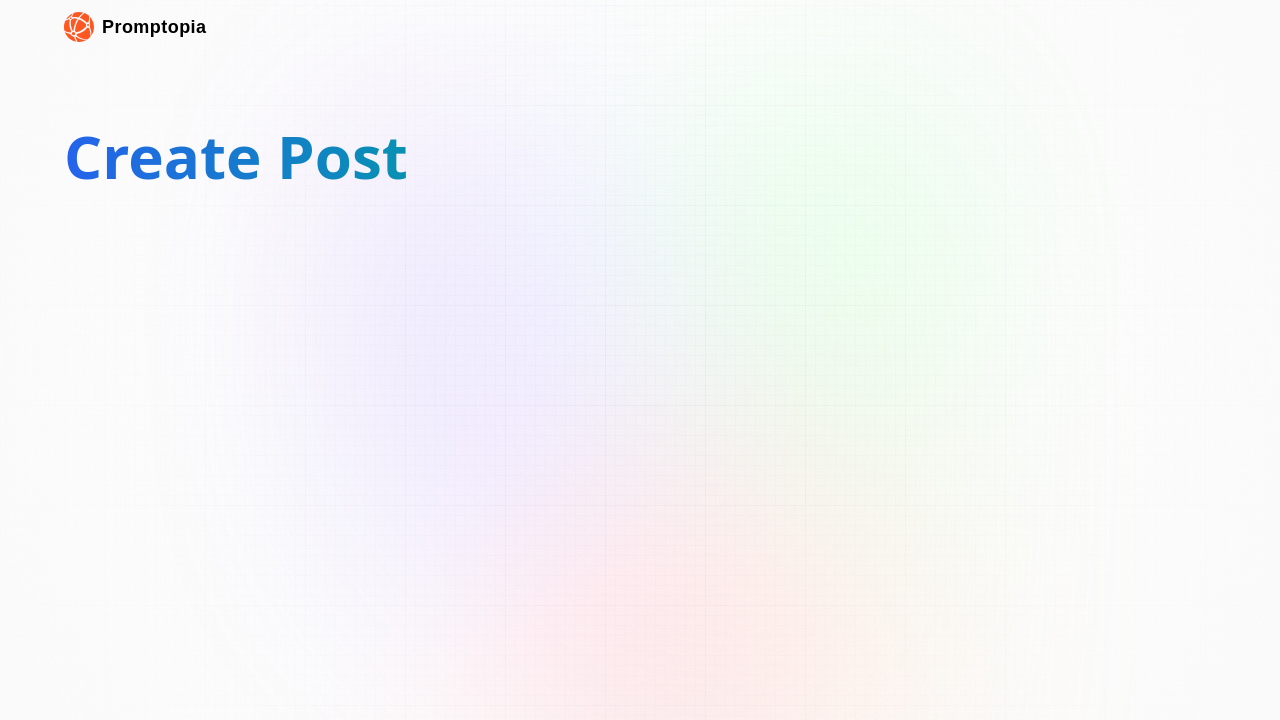
Repository: elia-orlandi/project_promptopia
Page: /create-prompt
An editor plug-in stored every save of this project. The page is shown before and after the next save, followed by the edit.
The browser window is 1280 px wide. The pictures show the whole page.
The page's requests for data from a server got no answer. The project was rebuilt for these pictures with package versions that can differ from the ones it lists, and the page was loaded fresh each time. The framework's server and built-in components were replaced by stand-ins that run in the browser. No one was signed in, and anything a server would have sent is missing. Also part of the build but not shown: next.config.mjs.

Above is the page before, as saved 2024-01-30 00:20:05.

After the next save:
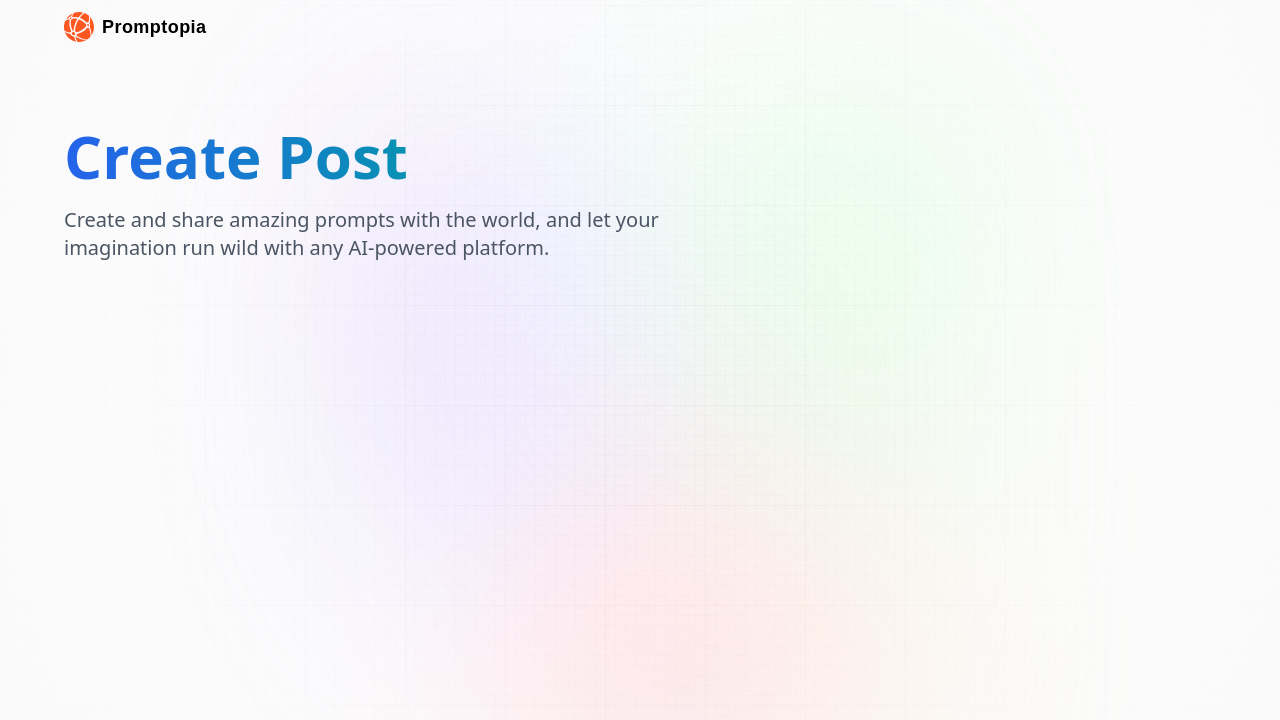
Saved 26 s later.
--- a/components/Form.jsx
+++ b/components/Form.jsx
@@ -7,7 +7,7 @@
                 <span className='blue_gradient'>{type} Post</span>
             </h1>
             <p className="desc text-left max-w-md">
-
+                {type} and share amazing prompts with the world, and let your imagination run wild with any AI-powered platform.
             </p>
         </section>
     )
